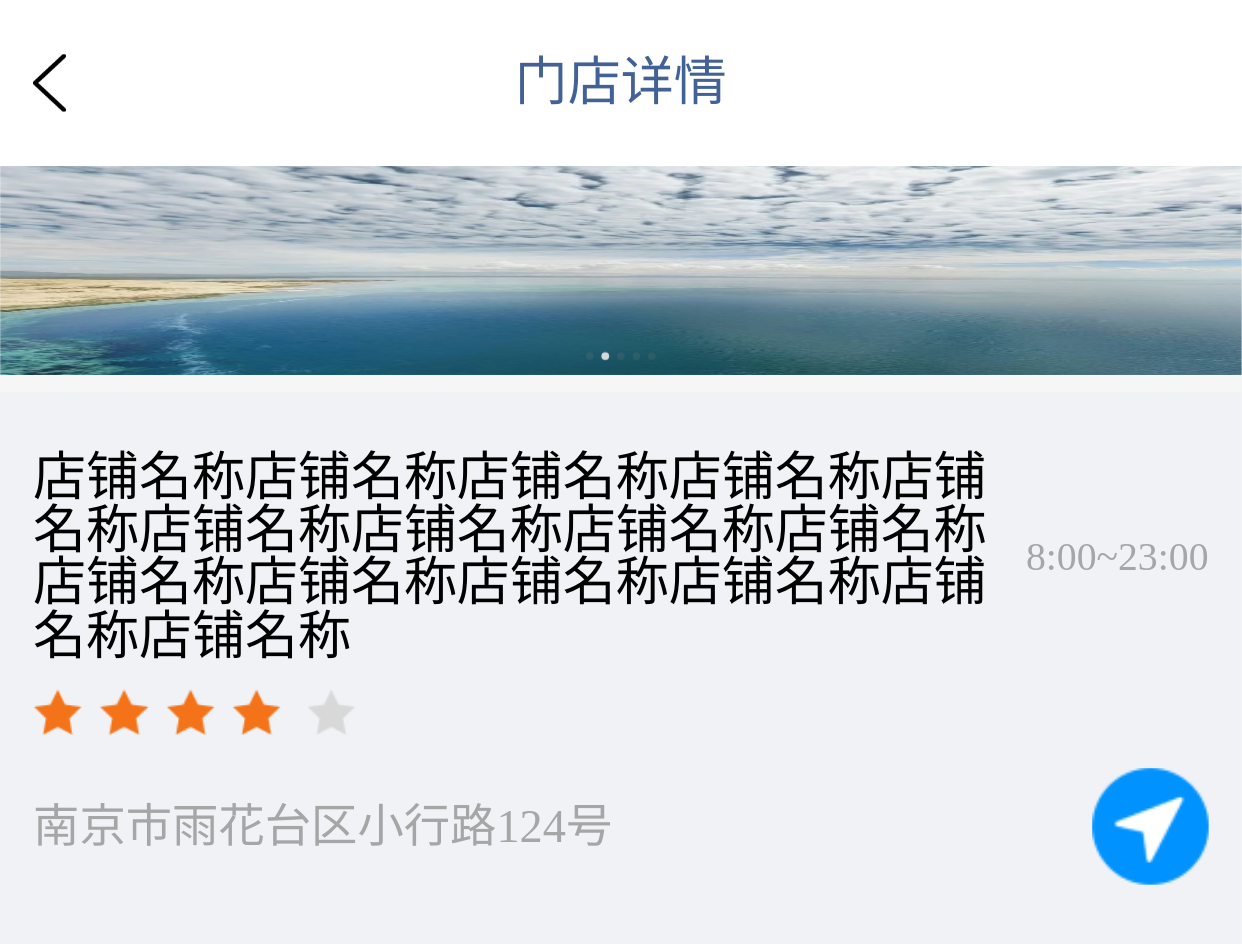
Repository: 421538074/sell
Page: consumer/shop-detail.html
The author's editor kept a copy of each file at every save. The page is drawn from the files as they stood at one save, then again after the next save.
The browser window is 1280 px wide. The pictures show the whole page, at 97% of full size.

Above is the page before, as saved 2019-06-03 11:06:58.

### consumer/shop-detail.html
<!DOCTYPE html>
<html lang="en">

<head>
    <meta charset="UTF-8">
    <meta name="viewport" content="width=device-width, initial-scale=1.0">
    <meta http-equiv="X-UA-Compatible" content="ie=edge">
    <title>门店详情</title>
    <link rel="stylesheet" href="../css/swiper.min.css">
    <link rel="stylesheet" href="../css/base.css">
    <link rel="stylesheet" href="css/common.css">
    <link rel="stylesheet" href="css/shop-detail.css">
</head>

<body>
    <div id="app" class="content">
        <nav class="nav-bar-wrapper">
            <img @click="back" src="../img/back.png" class="back-icon">
            <p class="nav-bar-title">门店详情</p>
        </nav>
        <!-- swiper轮播图 -->
        <div class="swiper-container show-img-wrapper">
            <div class="swiper-wrapper">
                <div class="swiper-slide" v-for="item in 5">
                    <img src="../img/1.jpg" class="slide-img" alt="">
                </div>
            </div>
            <div class="swiper-pagination"></div>
        </div>
        <!-- 详细信息 -->
        <div class="shop-detail-info">
            <p class="shop-name-time">
                <span class="shop-title">店铺名称店铺名称店铺名称店铺名称店铺名称店铺名称店铺名称店铺名称店铺名称店铺名称店铺名称店铺名称店铺名称店铺名称店铺名称</span>
                <span class="time">8:00~23:00</span>
            </p>
            <p class="shop-score">
                <img v-for="n in 4" src="../img/Star1.png" class="score-icon">
                <img src="../img/Star.png" class="score-icon">
            </p>
            <p class="shop-address">
                <span class="address">南京市雨花台区小行路124号</span>
                <img src="../img/navigation.png" class="navigation-icon">
            </p>
        </div>
    </div>
    <script src="../js/api.js"></script>
    <script src="../js/jquery.min.js"></script>
    <script src="../js/swiper.min.js"></script>
    <script src="../js/vue.js"></script>
    <script src="js/vue-mixin.js"></script>
    <script src="js/shop-detail.js"></script>
</body>

</html>

### css/base.css
/* http://meyerweb.com/eric/tools/css/reset/
   v2.0 | 20110126
   License: none (public domain)
*/

html,
body,
div,
span,
applet,
object,
iframe,
h1,
h2,
h3,
h4,
h5,
h6,
p,
blockquote,
pre,
a,
abbr,
acronym,
address,
big,
cite,
code,
del,
dfn,
em,
img,
ins,
kbd,
q,
s,
samp,
small,
strike,
strong,
sub,
sup,
tt,
var,
b,
u,
i,
center,
dl,
dt,
dd,
ol,
ul,
li,
fieldset,
form,
label,
legend,
table,
caption,
tbody,
tfoot,
thead,
tr,
th,
td,
article,
aside,
canvas,
details,
embed,
figure,
figcaption,
footer,
header,
hgroup,
menu,
nav,
output,
ruby,
section,
summary,
time,
mark,
audio,
video {
    margin: 0;
    padding: 0;
    border: 0;
    font-size: 100%;
    font: inherit;
    vertical-align: baseline;
}

/* HTML5 display-role reset for older browsers */
article,
aside,
details,
figcaption,
figure,
footer,
header,
hgroup,
menu,
nav,
section {
    display: block;
}

body {
    line-height: 1;
}

ol,
ul {
    list-style: none;
}

blockquote,
q {
    quotes: none;
}

blockquote:before,
blockquote:after,
q:before,
q:after {
    content: '';
    content: none;
}

table {
    border-collapse: collapse;
    border-spacing: 0;
}


body,
html {
    font-size: calc(100vw / 37.5) !important;
    font-family: PingFangSC-Medium;
    background: #F2F2F2;
}


[v-cloak] {
    display: none;
}


hr {
    margin: 0;
    padding: 0;
}

.clearfix {
    zoom: 1;
}

.clearfix:after {
    content: ".";
    display: block;
    visibility: hidden;
    height: 0;
    clear: both;
}

[v-cloak] {
    display: none;
}

### consumer/css/common.css
*{
    box-sizing: border-box;
}
html,body{
    background: #f6f6f6;
}
html,body,div.content{
    height: 100%;
}
/*底部菜单栏*/
nav.tool-bar-wrapper {
    height: 5rem;
    background: #ffffff;
    display: flex;
    align-items: center;
    justify-content: space-around;
}
a.nav-item {
    color: #888888;
    text-decoration: none;
    font-size: 1.5rem;
    display: flex;
    flex-direction: column;
    align-items: center;
    justify-content: space-around;
    height: 90%;
}
a.nav-item.active{
    color: #0093FF;
}
img.nav-item-icon{
    width: 1.5rem;
    height: 1.5rem;
}
.ellipsis{
    overflow: hidden;
    white-space: nowrap;
    text-overflow: ellipsis;
}
/*顶部返回栏 */
nav.nav-bar-wrapper {
    background: #FFFFFF;
    height: 5rem;
    display: flex;
    align-items: center;
    justify-content: space-around;
    position: fixed;
    width: 100%;
    top: 0;
    z-index: 2;
    font-size: 1.6rem;
    color: #426196;
}
img.back-icon {
    position: absolute;
    width: 1rem;
    left: 1rem;
}

### consumer/css/shop-detail.css
div.content {
    padding-top: 5rem;
}

.show-img-wrapper {
    height: 30vh;
    max-height: 30vh;
}

img.slide-img {
    width: 100%;
    height: 100%;
}

.swiper-pagination-bullet {
    background: #7C7C7C;
}
.swiper-pagination-bullet-active {
    background: #D8D8D8;
}
img.score-icon {
    width: 1.5rem;
    margin-right: 0.5rem;
}
span.address {
    color: #A6A6A6;
    font-size: 1.4rem;
    display: flex;
    align-items: center;
}
.shop-detail-info {
    background: #F0F2F5;
    margin-top: 0.5rem;
    padding: 1rem;
}
span.shop-title {
    color: #000000;
    font-size: 1.6rem;
}
span.time {
    color: #A6A6A6;
    font-size: 1.2rem;
}
p.shop-name-time {
    display: flex;
    align-items: center;
    justify-content: space-between;
    padding: 0.8rem 0;
}
p.shop-address {
    padding: 0.8rem 0;
    display: flex;
    justify-content: space-between;
}
img.navigation-icon {
    width: 3.5rem;
    height: 3.5rem;
}

### js/api.js
function getUrlKey(name) {
    return decodeURIComponent((new RegExp('[?|&]' + name + '=' + '([^&;]+?)(&|#|;|$)').exec(location.href) || [, ""])[1].replace(/\+/g, '%20')) || null;
}


// window.warn = {
//     alert: function alert(msg) {
//         var template = `
// `
//         $('body').append(template);
//         $('.alert-body').animate({
//             top: "40px"
//         }, 200);
//         // setTimeout(function () {
//         //     warn.close();
//         // }, 1500);
//     },
//     close: function close() {
//         $('.alert-body').animate({
//             top: "-280px"
//         }, 200);
//         setTimeout(function () {
//             $('#alert-msg').remove();
//         }, 200);
//     }
// };

### consumer/js/vue-mixin.js
Vue.mixin({
    methods: {
        /**
         * 返回
         */
        back() {
            history.go(-1);
        },
        /**
         * 限制长度
         * @param {String} 要限制长度的字段
         * @param {Number} 长度
         */
        limitLength(key, length) {
            this[key] = this[key].substring(0, length);
        },
        /**
         * 验证11位手机号
         * @param {Number} phone
         */
        validatePhone(phone) {
            const phoneReg = /^[1-9][0-9]{9}[0-9]$/;
            return phoneReg.test(phone);
        },
        /**
         * 发送手机验证码
         * @param {Number} waitTimeKey 等待时间键名
         * @param {String} tipsKey 发送验证码显示的信息的键名
         * @param {String} phoneKey 手机号键名
         * @param {String} reSendMsg  按钮默认显示的文字
         */
        sendCode(waitTimeKey, tipsKey, phoneKey, defaultMsg) {
            if (!this.validatePhone(this[phoneKey])) {
                alert('无效手机号!');
                return;
            }
            if (this[waitTimeKey] == 60) {
                $.post('', {
                        phone: this[phoneKey]
                    }, (res) => {
                        if (res.status == 1) {
                            const interval = setInterval(() => {
                                if (this[waitTimeKey] == 1) {
                                    this[waitTimeKey] = 60;
                                    this[tipsKey] = defaultMsg;
                                    clearInterval(interval);
                                    return;
                                }
                                this[waitTimeKey] -= 1;
                                this[tipsKey] = `${this[waitTimeKey]}s`;
                            }, 1000);
                        } else {
                            alert('发送失败!');
                        }
                    }, 'json')
                    .fail(err => {
                        alert('服务器异常!');
                    });
            }
        },
        /**
         * 链接跳转
         * @param {String} url
         */
        linkTo(url) {
            window.location.href = url;
        }
    },
    filters: {

    }
})

### consumer/js/shop-detail.js
new Vue({
    el:'#app',
    data() {
        return {

        }
    },
    methods: {
        // 初始化轮播组件
        initSwiper(el) {
            new Swiper(el, {
                slidesPerView: 1,
                spaceBetween: 30,
                loop: true,
                autoplay: {
                    delay: 2500,
                    disableOnInteraction: false,
                },
                observer: true, //修改swiper自己或子元素时，自动初始化swiper
                observeParents: true, //修改swiper的父元素时，自动初始化swiper
                pagination: {
                    el: '.swiper-pagination',
                }
            });
        }
    },
    mounted() {
        this.$nextTick(() => {
            this.initSwiper('.show-img-wrapper');
        })
    },
});

Loaded but not shown: css/swiper.min.css (library); js/jquery.min.js (library); js/swiper.min.js (library); js/vue.js (library)

After the next save:
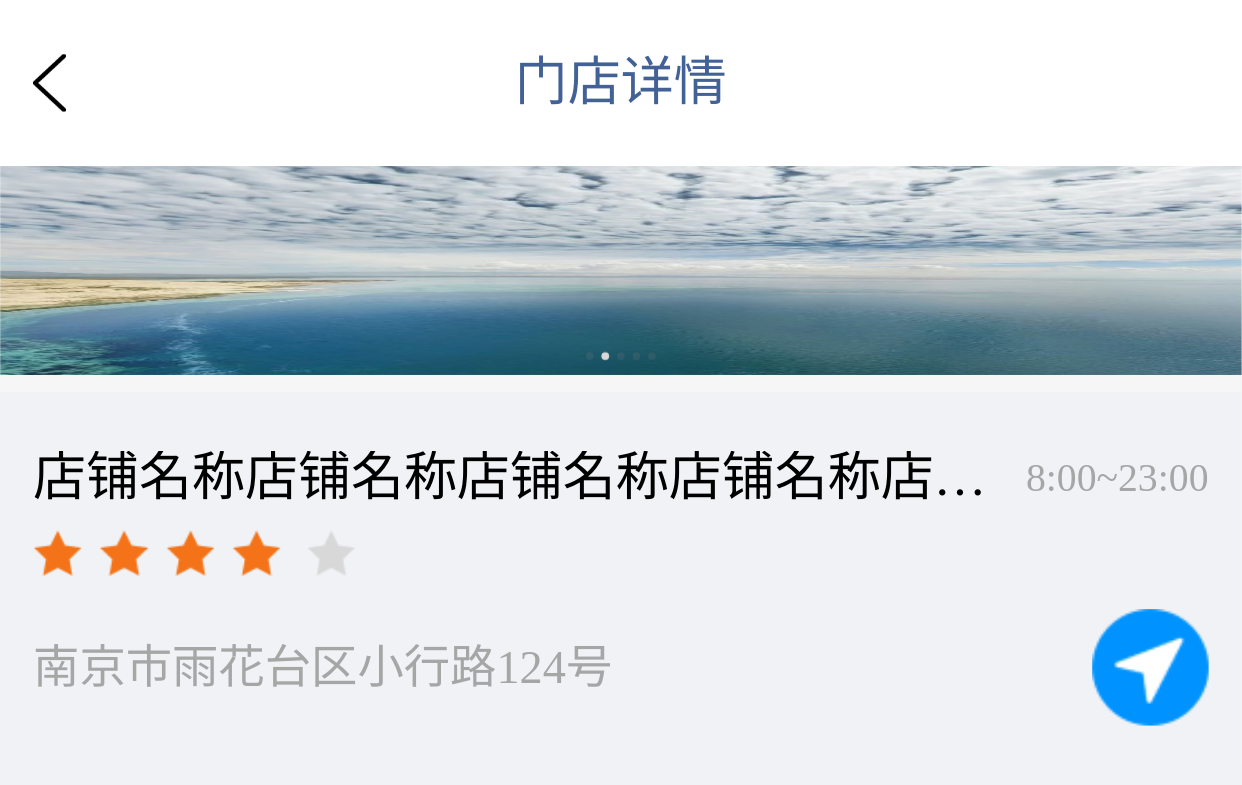
Saved 7 s later.
--- a/consumer/shop-detail.html
+++ b/consumer/shop-detail.html
@@ -30,7 +30,7 @@
         <!-- 详细信息 -->
         <div class="shop-detail-info">
             <p class="shop-name-time">
-                <span class="shop-title">店铺名称店铺名称店铺名称店铺名称店铺名称店铺名称店铺名称店铺名称店铺名称店铺名称店铺名称店铺名称店铺名称店铺名称店铺名称</span>
+                <span class="shop-title ellipsis">店铺名称店铺名称店铺名称店铺名称店铺名称店铺名称店铺名称店铺名称店铺名称店铺名称店铺名称店铺名称店铺名称店铺名称店铺名称</span>
                 <span class="time">8:00~23:00</span>
             </p>
             <p class="shop-score">
